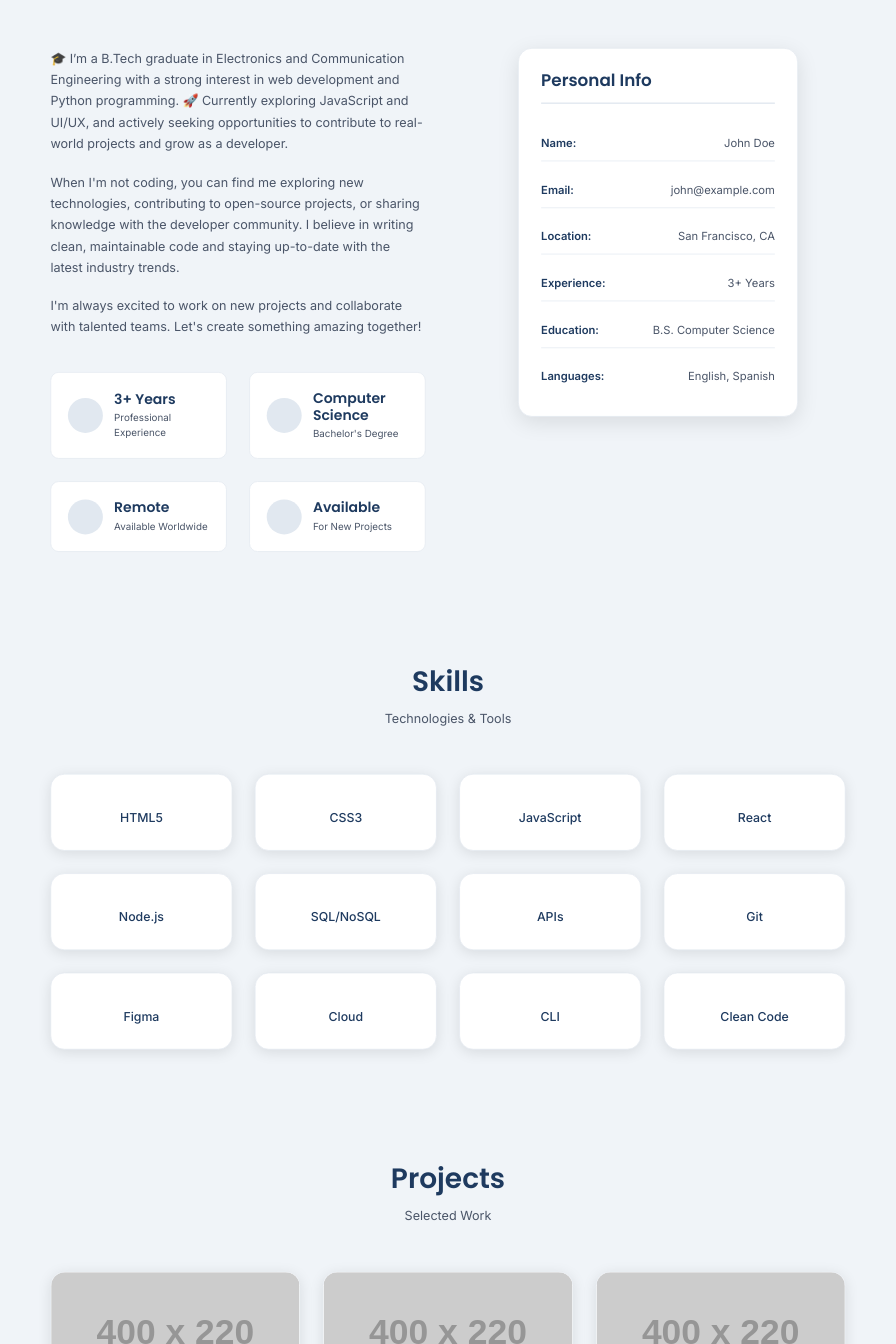
Repository: TharunPathakamuri/Portfolio
Page: index.html
The author's editor kept a copy of each file at every save. The page is drawn from the files as they stood at one save, then again after the next save.
The browser window is 1280 px wide. The pictures show the part of the page from y = 889 to 2809 px (the page is 5070 px tall before and 4978 px after), at 70% of full size.

Above is the page before, as saved 2025-07-04 23:26:15.

After the next save:
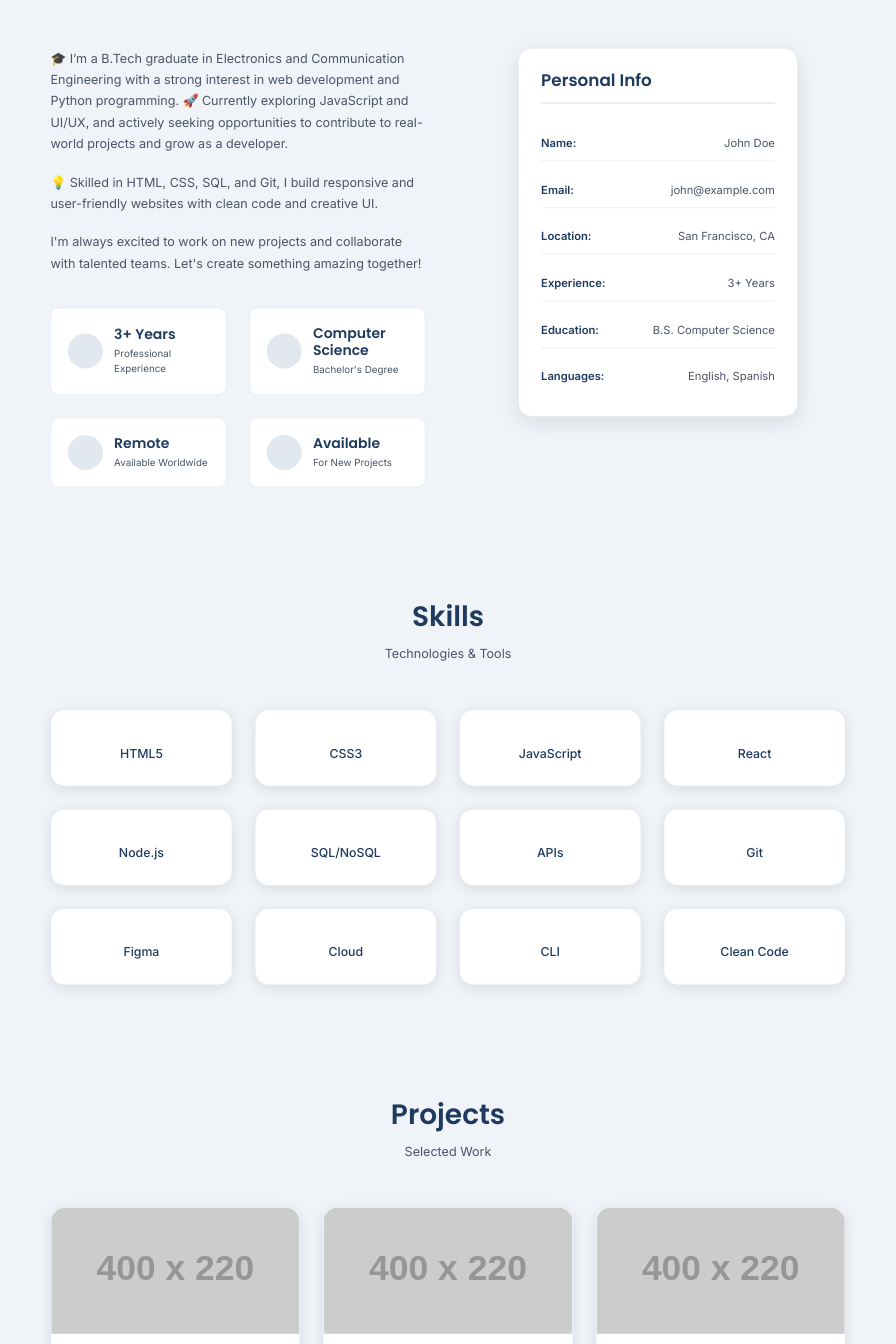
Saved 5 s later.
--- a/index.html
+++ b/index.html
@@ -156,11 +156,9 @@
               </p>
 
               <p>
-                When I'm not coding, you can find me exploring new technologies,
-                contributing to open-source projects, or sharing knowledge with
-                the developer community. I believe in writing clean,
-                maintainable code and staying up-to-date with the latest
-                industry trends.
+                💡 Skilled in HTML, CSS, SQL, and Git, I build
+                responsive and user-friendly websites with clean code and
+                creative UI.
               </p>
 
               <p>
